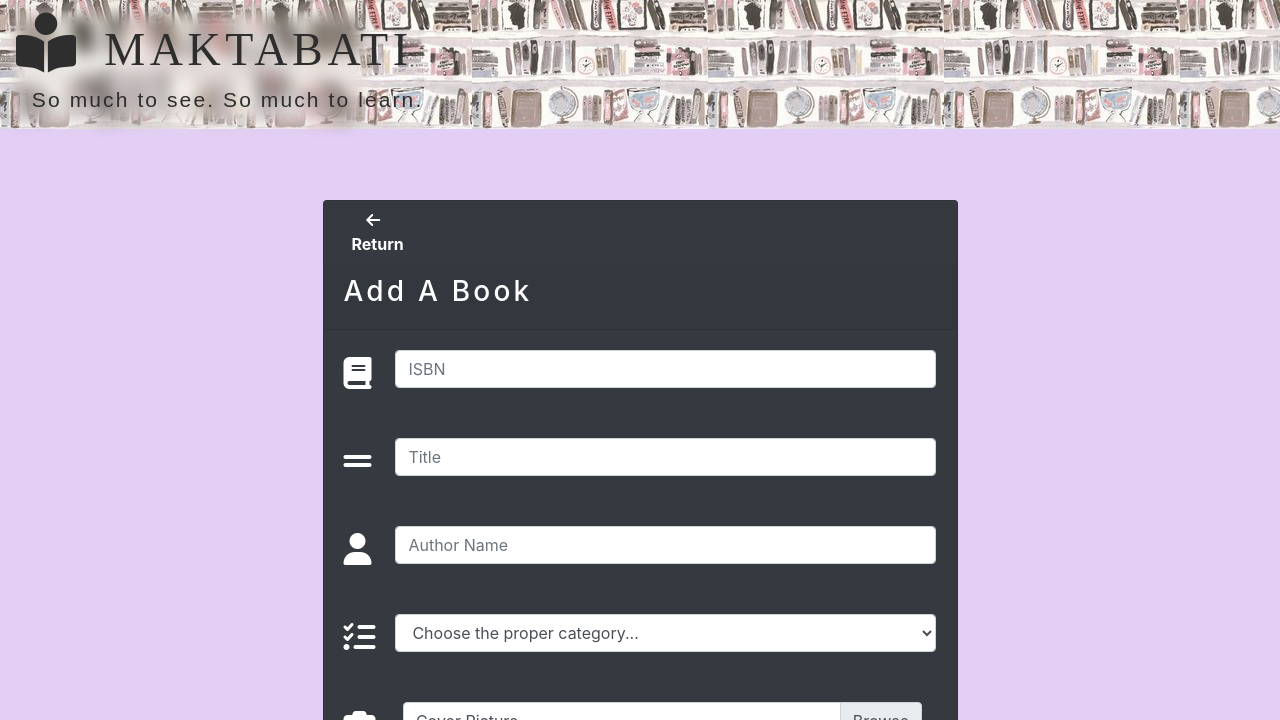
Repository: Hajar-Serrad/MAKTABATI
Page: http://localhost/books/create
These files come from the project's save history. The page is drawn as it stood at one moment and after the next save; the edit follows.
The browser window is 1280 px wide. The pictures show the whole page.
An inner scrolling area shows only its first screen. Some web fonts or font styles are not loaded; a fallback is used. Some web libraries are served in a nearby version. The page is served by the project's Laravel application, run on PHP 8.4 with Laravel 8. Other server files are loaded and not shown.

Above is the page before, as saved 2020-09-22 02:29:34.

### routes/web.php
<?php

use Illuminate\Support\Facades\Route;


/*           **********************     INSCRIPTION            ************************* */
Route::get('/welcome/register','Auth\RegisterBisController@showfirstform')->name('register1');
Route::post('/welcome/register','Auth\RegisterBisController@register')->name('register2');
Route::post('/registerbis','Auth\RegisterController@register')->name('register3');
Route::get('/registerbis','Auth\RegisterController@showform')->name('register4');

/*           **********************     CONNEXION            ************************* */
Route::get('/login/admin', 'Auth\LoginController@showAdminLoginForm')->name('Adminlogin1');
Route::post('/login/admin', 'Auth\LoginController@adminLogin')->name('Adminlogin2');
Route::get('/user/login', 'Auth\LoginController@showUserLoginForm')->name('Userlogin1');
Route::post('/user/login', 'Auth\LoginController@userLogin')->name('Userlogin2');

/*           **********************     DECONNEXION            ************************* */
Route::post('/user/logout', 'Auth\LoginController@userLogout')->name('user.logout');
Route::post('/admin/logout', 'Auth\LoginController@adminLogout')->name('admin.logout');

/*   ********** ROUTES D'AUTHENTICATIONS DEFINIES PAR LARAVEL  *************** */
Auth::routes();


/*           **********************     TEMPLATES            ************************* */
Route::view('/user','layouts.app')->name('back');
Route::view('/admin','layouts.appAdmin')->name('adminapp');

/*           **********************     LES HOMEPAGES            ************************* */
Route::view('/user/dashboard','home.homeUser')->name('home');
Route::view('/admin/dashboard','home.homeAdmin')->name('dashboard');

Route::get("/homeUser","HomeController@indexUser");
Route::get("/homeAdmin","HomeController@indexAdmin");


/*           **********************     DES PROPRIETES AJOUTEES POUR LA TEMPLATE            ************************* */
// plus //USER
Route::get("/about us", function(){
    return view("plus.about");
 })->name('about');
 Route::get("/privacy policy", function(){
    return view("plus.privacy");
 })->name('privacy');

// plusAdmin  //ADMIN
Route::get("/ABOUT US", function(){
   return view("plusAdmin.about");
})->name('about_us');
Route::get("/PRIVACY POLICY", function(){
   return view("plusAdmin.privacy");
})->name('privacy_policy');

/* ******************************************** */

/*           **********************     LES OPERATIONS DE CRUD           ************************* */
Route::view('/add','books.create'); // creer un livre
Route::resource('copies', 'CopyController')->only(['create','store', 'destroy']);  // crud -> copycontroller
Route::post('/copies/add', 'CopyController@add')->name('add'); // ajouter un exemplaire
Route::post('/copies/edit', 'CopyController@update1')->name('update1');  // modifier un exemplaire
Route::post('/copies/update', 'CopyController@update2')->name('update2');  // modifier un exemplaire
Route::post('/copies/delete', 'CopyController@delete')->name('delete');  // supprimer un exemplaire
Route::resource('books', 'BookController');  // crud -> bookcontroller
Route::resource('borrowing', 'BorrowingController')->only(['index', 'destroy']);  //  crud -> borrowingcontroller
Route::post("/admin/borrow","BorrowingController@borrow")->name('borrow');  //  emprunter un livre
Route::get("/admin/collect","BorrowingController@collect")->name('collect');  //  collecter les emails
Route::get('/admin/books','BookController@indexAdmin')->name('index'); // afficher les livres pour l'admin
Route::get('/admin/books/{book}','BookController@showAdmin')->name('show');  // afficher un livre pour l'admin


/*           **********************     LA PAGE D'ACCUEIL        ************************* */
Route::get("/welcome", function(){
   return view("welcome");
})->name('welcome');

### app/Http/Controllers/Auth/LoginController.php
<?php

namespace App\Http\Controllers\Auth;
use Illuminate\Http\Request;
use App\Http\Controllers\Controller;
use App\Providers\RouteServiceProvider;
use Illuminate\Foundation\Auth\AuthenticatesUsers;
use App\User;
use Auth;

class LoginController extends Controller
{
    use AuthenticatesUsers;


    public function __construct()
    {
        $this->middleware('guest')->except(['logout', 'userLogout']);
        $this->middleware('guest:admin')->except(['logout', 'adminLogout']);
    }


    public function showAdminLoginForm()
    {
        return view('authAdmin.login', ['url' => '/login/admin']);
    }

    public function adminLogin(Request $request)
    {
        $this->validate($request, [
            'email'   => 'required|email',
            'password' => 'required|min:8'
        ]);

        if (Auth::guard('admin')->attempt(['email' => $request->email, 'password' => $request->password], $request->get('remember'))) {

            return redirect()->intended('/admin/dashboard');
        }
        session()->flash('error', 'Your email or password is incorrect! Please try again!');
        return back()->withInput();
    }

    public function showUserLoginForm()
    {
        return view('auth.login', ['url' => '/user/login']);
    }

    public function userLogin(Request $request)
    {
        $this->validate($request, [
            'email'   => 'required|email',
            'password' => 'required|min:8'
        ]);

        if (Auth::guard('web')->attempt(['email' => $request->email, 'password' => $request->password], $request->get('remember'))) {

            return redirect()->intended('/user/dashboard');
        }
         session()->flash('error', 'Your email or password is incorrect! Please try again!');
         return back()->withInput();
    }

public function userLogout(Request $request)
    {
        Auth::guard('web')->logout();
        session()->flash('message', 'You have been logged out!');
        return redirect()->route('welcome')->withInput();
    }

    public function adminLogout(Request $request)
    {
        Auth::guard('admin')->logout();
        session()->flash('message', 'You have been logged out!');
        return redirect()->route('welcome')->withInput();
    }


}

### app/Http/Controllers/Auth/ConfirmPasswordController.php
<?php

namespace App\Http\Controllers\Auth;

use App\Http\Controllers\Controller;
use App\Providers\RouteServiceProvider;
use Illuminate\Foundation\Auth\ConfirmsPasswords;

class ConfirmPasswordController extends Controller
{
    /*
    |--------------------------------------------------------------------------
    | Confirm Password Controller
    |--------------------------------------------------------------------------
    |
    | This controller is responsible for handling password confirmations and
    | uses a simple trait to include the behavior. You're free to explore
    | this trait and override any functions that require customization.
    |
    */

    use ConfirmsPasswords;

    /**
     * Where to redirect users when the intended url fails.
     *
     * @var string
     */


    /**
     * Create a new controller instance.
     *
     * @return void
     */
    public function __construct()
    {
        $this->middleware('auth');
        $this->middleware('auth:admin');
    }
}

### app/Http/Controllers/BookController.php
<?php

namespace App\Http\Controllers;
use DB;
use App\Book;
use App\Copy;
use Illuminate\Http\Request;

class BookController extends Controller
{
    /**
     * Display a listing of the resource.
     *
     * @return \Illuminate\Http\Response
     */
    public function index()
    {
        //
        $books = Book::orderBy('category')->paginate(7);
        return view('books.index', compact('books'));

    }

    public function indexAdmin()
    {
        //
        $books = Book::orderBy('category')->paginate(7);
        return view('books.indexAdmin', compact('books'));

    }


    public function create()
    {
        //
        return view('books.create');
    }

    public function store(Request $request)
    {
        //
        $request->validate([
            'ISBN'=>'required',
            'title'=>'required',
            'author'=>'required',
            'category'=>'required',
        ]);
        $book = new Book([
            'ISBN' => $request->get('ISBN'),
            'title' => $request->get('title'),
            'author' => $request->get('author'),
            'category' => $request->get('category'),
            'description' => $request->get('desc'),
        ]);
        if ($request->hasfile('image'))
        {
            $file = $request->file('image');
            $extension = $file->getClientOriginalExtension();
            $filename = time() . '.' . $extension;
            $file->move('images/covers/',$filename);
            $book->image = $filename;
        }
        else
        {
            $book->image = '';
        }
        $book->save();
        return redirect('/admin/books')->with('success', 'Book added!');
    }


    public function show($id)
    {
        //
        $book = Book::find($id);
        $total = Copy::where('ISBN','=',$id)->where('available','=',1)->distinct('editor')->count();
        $nbr = Copy::select ('editor',DB::raw('count(*) as total'))->where('ISBN','=',$id)
                     ->where('available','=',1)->groupBy('editor')->get();
        return view('books.show',compact('book','total','nbr'));
    }


    public function showAdmin($id)
    {
        //
        $book = Book::find($id);
        $total = Copy::where('ISBN','=',$id)->where('available','=',1)->distinct('editor')->count();
        $nbr = Copy::select ('editor',DB::raw('count(*) as total'))->where('ISBN','=',$id)
                     ->where('available','=',1)->groupBy('editor')->get();
        return view('books.showAdmin',compact('book','total','nbr'));
    }



    public function edit($ISBN)
    {
        $book = Book::find($ISBN);
        return view('books.edit',compact('book'));
    }

    public function update(Request $request, $ISBN)
    {
        $book = Book::find($ISBN);
        $book->title = $request->title;
        $book->author = $request->author;
        $book->description = $request->desc;
        $book->category = $request->category;

        if ($request->hasfile('image'))
        {
            $file = $request->file('image');
            $extension = $file->getClientOriginalExtension();
            $filename = time() . '.' . $extension;
            $file->move('images/covers/',$filename);
            $book->image = $filename;
        }
        else
        {
            $book->image = '';
        }
        $book->save();
        return redirect('/admin/books')->with('success', 'Book updated!');
    }


    public function destroy($ISBN)
    {
        $book = Book::find($ISBN)->delete();
        return redirect('/admin/books')->with('success', 'Book deleted!');

    }
}

### resources/views/books/create.blade.php
@extends('layouts.appAdmin')
@section('title','Add A Book')
@section('content')
<div class="container">
    <div class="row justify-content-center">
        <div class="col-md-7">
            <div class="card bg-dark text-white" style="margin-top: 200px; margin-bottom:100px;">
                <div class="col-md-2">  <a href="{{ route('index') }}"> <button  class="btn btn-dark" >
                    <i class="fas fa-arrow-left"></i> &nbsp; <b> {{ __('Return') }}</b>

                    </button> </a>
                </div>
                <div class="card-header" style="letter-spacing: 0.2em"> <h3> {{ __('Add A Book') }}</h3></div>

                <div class="card-body">
                    <form method="POST" action="{{ route('books.store') }}" enctype="multipart/form-data">
                        @csrf

                        <div class="form-group row">
                            <label for="ISBN" class="col-md-1 col-form-label text-md-right"> <i class="fas fa-book fa-2x"></i> </label>
                        <div class="col-md-11" >
                              <input id="ISBN" type="text" placeholder="ISBN" class="form-control" name="ISBN"  required="true">
                        </div>
                        </div>
                        <br>
                        <div class="form-group row">
                         <label for="title" class="col-md-1 col-form-label text-md-right"> <i class="fas fa-grip-lines fa-2x"></i> </label>

                            <div class="col-md-11">
                                <input id="title" type="text" placeholder="Title" class="form-control" name="title" required="true">
                            </div>
                        </div>
                        <br>
                        <div class="form-group row">
                            <label for="author" class="col-md-1 col-form-label text-md-right"> <i class="fas fa-user fa-2x"></i> </label>

                               <div class="col-md-11">
                                   <input id="author" type="name" placeholder="Author Name" class="form-control" name="author" required="true">
                               </div>
                        </div>
                        <br>
                        <div class="form-group row">
                        <label for="category" class="col-md-1 col-form-label text-md-right"> <i class="fas fa-tasks fa-2x"></i> </label>
                        <div class="col-md-11" >
                                <select class="mdb-select form-control" id="type" name="category" required="true">
                                    <option value="" disabled selected>Choose the proper category...</option>
                                    <option >computer science</option>
                                    <option >statistics</option>
                                    <option >analysis</option>
                                    <option >algebra</option>
                                    <option >mechanics</option>
                                    <option >chemistry</option>
                                    <option >electronic</option>
                                    <option >networks</option>
                                    <option >automatic</option>
                                    <option >communication and personal development</option>
                                    <option >novels</option>
                                </select>
                            </div>
                           </div>
                           <br>
                           <div class="form-group row">
                            <label for="image" class="col-md-1 col-form-label text-md-right" class="custom-file-label"> <i class="fas fa-camera fa-2x"></i> </label>
                            &nbsp; &nbsp; &nbsp;
                            <div class="col-md-10">
                             <input type="file" class="form-control" id="image" name="image" required>
                            <label class="custom-file-label" for="image">Cover Picture...</label>
                            </div>
                          </div>
                           <br>
                           <div class="form-group row">
                            <label for="description" class="col-md-1 col-form-label text-md-right"> <i class="fas fa-file-alt fa-2x"></i> </label>

                               <div class="col-md-11">
                                <textarea class="form-control " id="description" name="desc" placeholder="Describe the book..." rows="9"></textarea>
                                </div>
                           </div>
                          <br> <br>
                        <div class="form-group row mb-0">
                            <div class="col-md-11 offset-md-1">
                                <button  type="submit" class="btn btn-primary btn-lg btn-block" style="letter-spacing: 0.1em;">
                                    {{ __('Add') }}  &nbsp;
                                    <i class="fas fa-plus"></i>
                                </button> <br>
                            </div>
                        </div>
                    </form>
                </div>
            </div>
        </div>
    </div>
</div>
@endsection

### resources/views/layouts/appAdmin.blade.php
<!DOCTYPE html>
<html lang="en">
<head>
    <meta charset="UTF-8">
    <meta name="viewport" content="width=device-width, initial-scale=1.0">
    <meta http-equiv="X-UA-Compatible" content="ie=edge">
    <!-- Bootstrap CSS -->
    <link rel="stylesheet" href="https://stackpath.bootstrapcdn.com/bootstrap/4.5.0/css/bootstrap.min.css"
    integrity="sha384-9aIt2nRpC12Uk9gS9baDl411NQApFmC26EwAOH8WgZl5MYYxFfc+NcPb1dKGj7Sk" crossorigin="anonymous">
    <!-- Add icon library -->

    <script src="https://kit.fontawesome.com/bf85b3c2d1.js" crossorigin="anonymous"></script>
    <link href='https://fonts.googleapis.com/css?family=Showcard Gothic' rel='stylesheet'>
    <link href='https://fonts.googleapis.com/css?family=Bahnschrift Condensed' rel='stylesheet'>
    <title>@yield('title')</title>
    <!-- Styles -->
    @yield('css')
    <style>
      html,body
      {
          width: 100%;
          height: 100%;
          margin: 0px;
          padding: 0px;
          overflow-x: hidden;
      }
      nav
      {
        background:url('/images/background/10.jpg') ;
      }
      .footer
      {
        background-color: #F2E0F7;
      }



      #header:before {
        content: "";
        position: fixed;
        height: 15%; width: 27%;
        background: url('/images/background/10.jpg');
        background-size: cover;
        z-index: -2; /* Keep the background behind the content */
        -webkit-filter: blur(8px);
    }



    </style>
</head>
<body>

  <div class="container-fluid" style="margin: 0px ; padding: 0px ;">
       <div style="background-color: #E3CEF6; background-size:cover; height:100%;">
   <!-- header -->
   <!--Navbar -->
<nav class="navbar navbar-expand-md navbar-dark bg-dark fixed-top" >
  <a class="navbar-brand" href="#" id="header"> <i class="fas fa-book-reader fa-3x" style="color:#2E2E2E;"></i>  &nbsp; &nbsp;
    <span  style="font-family: 'Showcard Gothic' ;letter-spacing:0.1em; font-size:46px; color: #2E2E2E;"> MAKTABATI </span>
      <div style="font-family:Arial, Helvetica, sans-serif ;letter-spacing:0.1em; font-size:21px; color: #2E2E2E;"> &nbsp;   So much to see. So much to learn.  </div>
  </a>
    <button class="navbar-toggler" type="button" data-toggle="collapse" data-target="#navbarSupportedContent-4"
      aria-controls="navbarSupportedContent-4" aria-expanded="false" aria-label="Toggle navigation">
      <span class="navbar-toggler-icon"></span>
    </button>
    <div class="collapse navbar-collapse" id="navbarSupportedContent-4">
      <ul class="navbar-nav ml-auto">
      @auth('admin')
      <li class="nav-item">
        <a href="{{ route('admin.logout') }}"
          onclick="event.preventDefault();
          document.getElementById('logout-form').submit();">
        <button type="button" class="btn btn-light btn-lg" style="cursor: pointer; margin-left: 30px; margin-right: 30px" >{{ __('LOGOUT') }}</button>
        </a>
          <form action="{{ route('admin.logout') }}" id="logout-form" method="POST" style="display: none;">
            @csrf
          </form>
        </li>
      @endauth
      </ul>
    </div>
  </nav>
  <!--/.Navbar -->


    <!--   -->
    @yield('content')
    <!--   -->
    <!-- -->

</div>
 <!-- -->
   <!-- footer -->


   <div  class="footer" style=" color:#2E2E2E;">
    <div style="background:url('/images/background/10.jpg') ; height:50px; "></div>
    <br>
    <div class="row">
        <div class="col-sm-3"></div>
      <div class="col-sm-3" style="color:#2E2E2E;">

        <h5>Contact Us</h5>

          <i class="fas fa-phone-volume"> </i> &nbsp; &nbsp;  +0625135487 <br>
          <i class="fas fa-envelope"></i>&nbsp; &nbsp; maktabati@gmail.com

      </div>

        <div class="col-sm-3"> <br>
            <a href="{{ route('about_us') }}" target="_blank"><h5 style="color:#2E2E2E;">About Us</h5></a>
            <a href=" {{ route('privacy_policy') }} " target="_blank"><h5 style="color:#2E2E2E;">Privacy Policy</h5></a>
        </div><div class="col-sm-3"></div>
        </div>
        <div class="col-md-4 ">
        <div class="footer-copyright" style="color: #2E2E2E;">

          © 2020 Maktabati made with <i class="far fa-heart" style="color: red"></i>

        </div>

      </div>
      <div style="background:url('/images/background/10.jpg') ; height:50px; "></div>
    </div>

    <!-- Optional JavaScript -->
    <!-- jQuery first, then Popper.js, then Bootstrap JS -->
    <script src="https://code.jquery.com/jquery-3.5.1.slim.min.js"
    integrity="sha384-DfXdz2htPH0lsSSs5nCTpuj/zy4C+OGpamoFVy38MVBnE+IbbVYUew+OrCXaRkfj"
    crossorigin="anonymous"></script>
    <script src="https://cdn.jsdelivr.net/npm/popper.js@1.16.0/dist/umd/popper.min.js"
    integrity="sha384-Q6E9RHvbIyZFJoft+2mJbHaEWldlvI9IOYy5n3zV9zzTtmI3UksdQRVvoxMfooAo"
    crossorigin="anonymous"></script>
    <script src="https://stackpath.bootstrapcdn.com/bootstrap/4.5.0/js/bootstrap.min.js"
    integrity="sha384-OgVRvuATP1z7JjHLkuOU7Xw704+h835Lr+6QL9UvYjZE3Ipu6Tp75j7Bh/kR0JKI"
    crossorigin="anonymous"></script>
</body>
</html>

Loaded but not shown: app/Http/Controllers/Controller.php (common file)

After the next save:
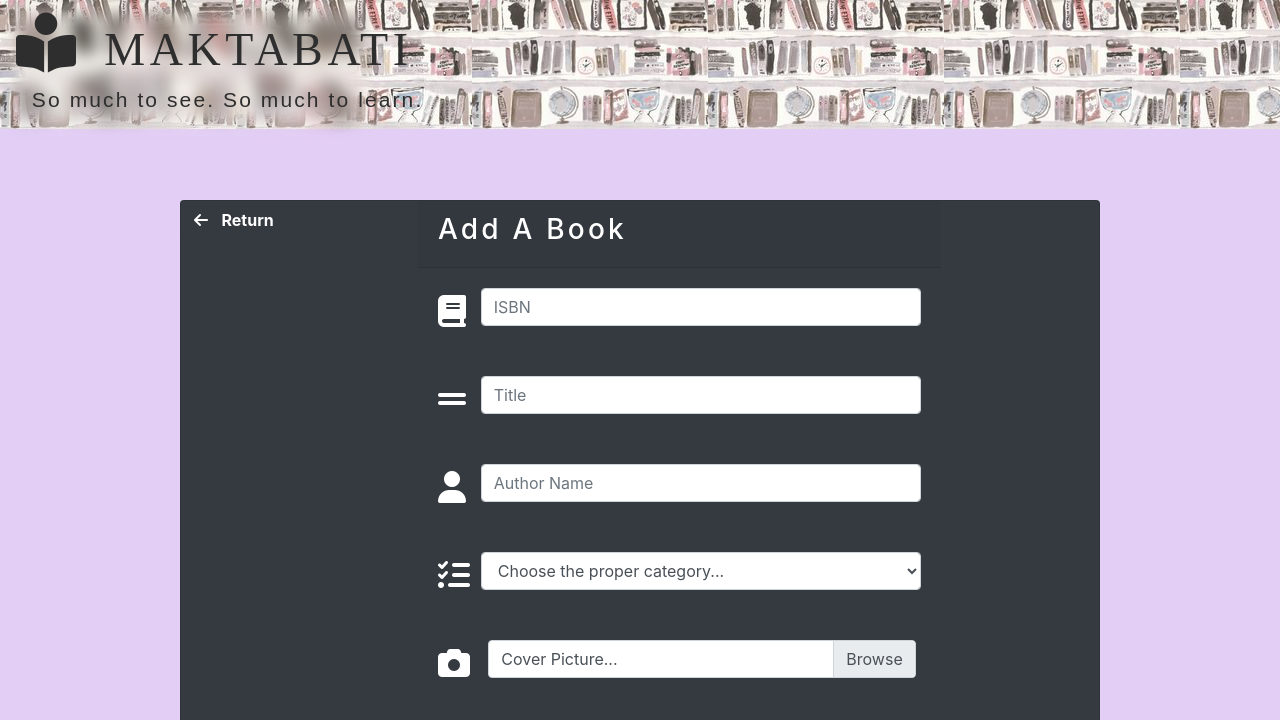
Saved 99 s later.
--- a/resources/views/books/create.blade.php
+++ b/resources/views/books/create.blade.php
@@ -3,13 +3,15 @@
 @section('content')
 <div class="container">
     <div class="row justify-content-center">
-        <div class="col-md-7">
+        <div class="col-md-10">
             <div class="card bg-dark text-white" style="margin-top: 200px; margin-bottom:100px;">
+                <div class="row">
                 <div class="col-md-2">  <a href="{{ route('index') }}"> <button  class="btn btn-dark" >
                     <i class="fas fa-arrow-left"></i> &nbsp; <b> {{ __('Return') }}</b>
-
                     </button> </a>
                 </div>
+                <div class="col-md-1"></div>
+                <div class="col-md-7">
                 <div class="card-header" style="letter-spacing: 0.2em"> <h3> {{ __('Add A Book') }}</h3></div>
 
                 <div class="card-body">
